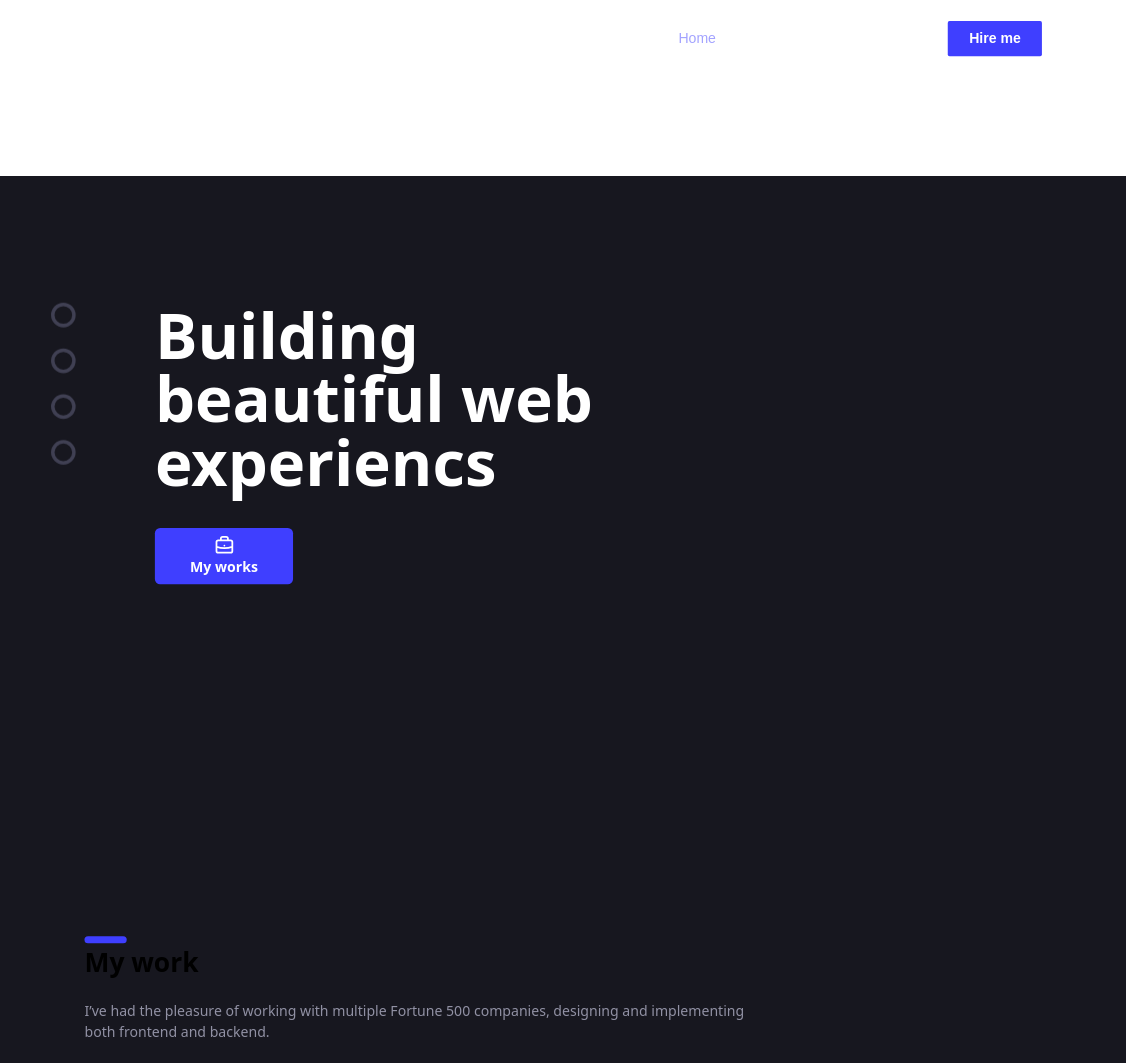
Repository: Alex0715/portfolio
Page: /
An editor plug-in stored every save of this project. The page is shown before and after the next save, followed by the edit.
The browser window is 1280 px wide. The pictures show the part of the page from y = 0 to 1208 px (the page is 2120 px tall), at 88% of full size.
Pictures or frames that could not be fetched are drawn as grey boxes. The project was rebuilt for these pictures with package versions that can differ from the ones it lists, and the page was loaded fresh each time. The framework's server and built-in components were replaced by stand-ins that run in the browser. Also part of the build but not shown: next.config.js.

Above is the page before, as saved 2022-02-03 23:50:54.

### pages/index.js
import Head from 'next/head'
import Banner from './components/Banner'
import Header from './components/header'
import Work from './components/work'




export default function Home() {
  return (
    <div>
      <Header/>
      <body className='bg-body'>
        <Banner/>
        <Work />
      </body>
    </div>

  )
}

### styles/globals.css
@tailwind base;
@tailwind components;
@tailwind utilities;

body{
    scroll-behavior: smooth;
}
.left-50{
    left: 50%;
}
.right-50{
    right: 50%;
}
.top-50{
    top:50%;
}

.-z-1 {
    z-index: -1;
}

.secondary-title {
    @apply text-3xl font-bold;
}

.secondary-title::before {
    content: "";
    @apply block w-12 h-2 bg-theme rounded-full mb-1;
}

.section-paragraph {
    @apply text-secondary my-6 w-full max-w-3xl;
}

.badge {
    @apply px-4 py-2 text-sm rounded bg-badge;
}

[id] {
scroll-margin-top: 100px;
}

.left-percentage {
    left: 5%;
}

.h-screen-partial {
    height: 80vh;
}





.nav-dot:hover span{
    opacity:1;
    transition: background 200ms
}

### pages/components/Banner.js

function Banner() {
  return (<div className="container mt-16 flex justify-between items-center mx-auto text-white px-8 md:px-14 lg:px-24 w-full">
      <div className="flex flex-wrap md:flex-nowrap">
        <nav className="inline-block lg:mr-24 lg:w-4 fixed left-percentage hidden xl:block">
        <div className="absolute left-50 transform -translate-x-1/2 space-y-6 mt-36">
        <a href="#" className="nav-dot selected-circle block w-7 h-7 rounded-full border-4 border-nav bg-body hover:bg-theme">
        <span className="bg-black px-2 py-1 rounded-md ml-10 opacity-0">Home</span></a>

        <a href="#" className="nav-dot selected-circle block w-7 h-7 rounded-full border-4 border-nav bg-body hover:bg-theme">
        <span className="bg-black px-2 py-1 rounded-md ml-10 opacity-0">Works</span></a>

        <a href="#" className="nav-dot selected-circle block w-7 h-7 rounded-full border-4 border-nav bg-body hover:bg-theme">
        <span className="bg-black px-2 py-1 rounded-md ml-10 opacity-0">Clients</span></a>

        <a href="#" className="nav-dot selected-circle block w-7 h-7 rounded-full border-4 border-nav bg-body hover:bg-theme">
        <span className="bg-black px-2 py-1 rounded-md ml-10 opacity-0">Hire!</span></a>

        </div>
        </nav>
        <br/>

        <div className="flex flex-wrap lg:ml-20 justify-center md:justify-start max-w-xl mt-0 md:my-36">
          <h1 className="font-bold text-5xl md:text-6xl lg:text-7xl text-center md:text-left bg-opacity-0">Building <br/> beautiful web experiencs</h1>
          <div className="flex mt-10">
          <a href="#"><button className="bg-theme px-10 py-2 font-bold rounded-md justify-center items-center hover:bg-blue-800">
          <svg xmlns="http://www.w3.org/2000/svg" className="h-6 w-6 m-auto " fill="none" viewBox="0 0 24 24" stroke="currentColor">
  <path strokeLinecap="round" strokeLinejoin="round" strokeWidth={2} d="M21 13.255A23.931 23.931 0 0112 15c-3.183 0-6.22-.62-9-1.745M16 6V4a2 2 0 00-2-2h-4a2 2 0 00-2 2v2m4 6h.01M5 20h14a2 2 0 002-2V8a2 2 0 00-2-2H5a2 2 0 00-2 2v10a2 2 0 002 2z" />
</svg> My works
          </button></a>
          </div>
          </div>

          {/* <img src="\f1.png" alt="Logo" class="w-3/4 mt-12 md:absolute -mt-6 md:mt-0 right-0 -z-1"/> */}
      </div>
      </div>


  )
}

export default Banner;

### pages/components/Header.js

function Header() {
  return (
  <div className="font-poppins pb-12 ">
  <header className="text-white container py-6 flex justify-between items-center mx-auto px-8 md:px-14 lg:px-24 w-full">
      <div className="text-white text-3xl">Chirantan Bose</div>
      <div className="hidden md:flex space-x-12 items-center">
        <a href="#" className="text-selected-text">Home</a>
        <a href="#">My Works</a>
        <a href="#">Clients</a>
        <a href="#"><button className="bg-theme px-6 py-2 font-bold rounded-sm">Hire me</button></a>
      </div>
      <div className="md:hidden text-white">
      <svg xmlns="http://www.w3.org/2000/svg" className="h-7 w-7" viewBox="0 0 20 20" fill="currentColor">
  <path fillRule="evenodd" d="M3 5a1 1 0 011-1h12a1 1 0 110 2H4a1 1 0 01-1-1zM3 10a1 1 0 011-1h12a1 1 0 110 2H4a1 1 0 01-1-1zM9 15a1 1 0 011-1h6a1 1 0 110 2h-6a1 1 0 01-1-1z" clipRule="evenodd" />
</svg>
      </div>
  </header>
  </div>
  )
}

export default Header;

### pages/components/work.js
function Work() {
  return (<div class="container mt-64 flex justify-between items-center mx-auto px-8 md:px-14 lg:px-24 w-full">
  <section class="w-full">
      <h2 id="work" class="secondary-title">My work</h2>
      <p class="section-paragraph">I’ve had the pleasure of working with multiple Fortune 500 companies, designing and implementing both frontend and backend.</p>

      <div class="grid grid-cols-1 md:grid-cols-2 lg:grid-cols-3 gap-6 mt-6">
          <img src="https://images.unsplash.com/photo-1576153192396-180ecef2a715?ixlib=rb-1.2.1&ixid=MnwxMjA3fDB8MHxwaG90by1wYWdlfHx8fGVufDB8fHx8&auto=format&fit=crop&w=1374&q=80" class="w-full bg-nav h-36 lg:h-72 object-cover"/>
          <img src="https://images.unsplash.com/photo-1545235617-9465d2a55698?ixlib=rb-1.2.1&ixid=MnwxMjA3fDB8MHxwaG90by1wYWdlfHx8fGVufDB8fHx8&auto=format&fit=crop&w=880&q=80" class="w-full bg-nav h-36 lg:h-72 object-cover"/>
          <img src="https://images.unsplash.com/photo-1586717791821-3f44a563fa4c?ixid=MnwxMjA3fDB8MHxwaG90by1wYWdlfHx8fGVufDB8fHx8&ixlib=rb-1.2.1&auto=format&fit=crop&w=1470&q=80" class="w-full hidden md:block bg-nav h-36 lg:h-72 object-cover"/>
          <img src="https://images.unsplash.com/photo-1558655146-d09347e92766?ixid=MnwxMjA3fDB8MHxwaG90by1wYWdlfHx8fGVufDB8fHx8&ixlib=rb-1.2.1&auto=format&fit=crop&w=764&q=80" class="w-full hidden md:block bg-nav h-36 lg:h-72 object-cover"/>
          <img src="https://images.unsplash.com/photo-1547119957-637f8679db1e?ixlib=rb-1.2.1&ixid=MnwxMjA3fDB8MHxwaG90by1wYWdlfHx8fGVufDB8fHx8&auto=format&fit=crop&w=764&q=80" class="w-full hidden md:block bg-nav h-36 lg:h-72 object-cover"/>
          <img src="https://images.unsplash.com/photo-1559028012-481c04fa702d?ixid=MnwxMjA3fDB8MHxwaG90by1wYWdlfHx8fGVufDB8fHx8&ixlib=rb-1.2.1&auto=format&fit=crop&w=1336&q=80" class="w-full hidden md:block bg-nav h-36 lg:h-72 object-cover"/>
          <img src="https://images.unsplash.com/photo-1603969072881-b0fc7f3d77d7?ixlib=rb-1.2.1&ixid=MnwxMjA3fDB8MHxwaG90by1wYWdlfHx8fGVufDB8fHx8&auto=format&fit=crop&w=1470&q=80s" class="w-full hidden md:block bg-nav h-36 lg:h-72 object-cover"/>
          <img src="https://images.unsplash.com/photo-1618761714954-0b8cd0026356?ixlib=rb-1.2.1&ixid=MnwxMjA3fDB8MHxwaG90by1wYWdlfHx8fGVufDB8fHx8&auto=format&fit=crop&w=1470&q=80" class="w-full hidden md:block bg-nav h-36 lg:h-72 object-cover"/>
          <img src="https://images.unsplash.com/photo-1545235617-7a424c1a60cc?ixid=MnwxMjA3fDB8MHxwaG90by1wYWdlfHx8fGVufDB8fHx8&ixlib=rb-1.2.1&auto=format&fit=crop&w=880&q=80" class="w-full hidden md:block md:col-span-2 lg:col-span-1 bg-nav h-36 lg:h-72 object-cover"/>
      </div>
  </section>
</div>
)
}

export default Work;

Loaded but not shown: pages/_app.tsx (common file); tailwind.config.js (common file)

After the next save:
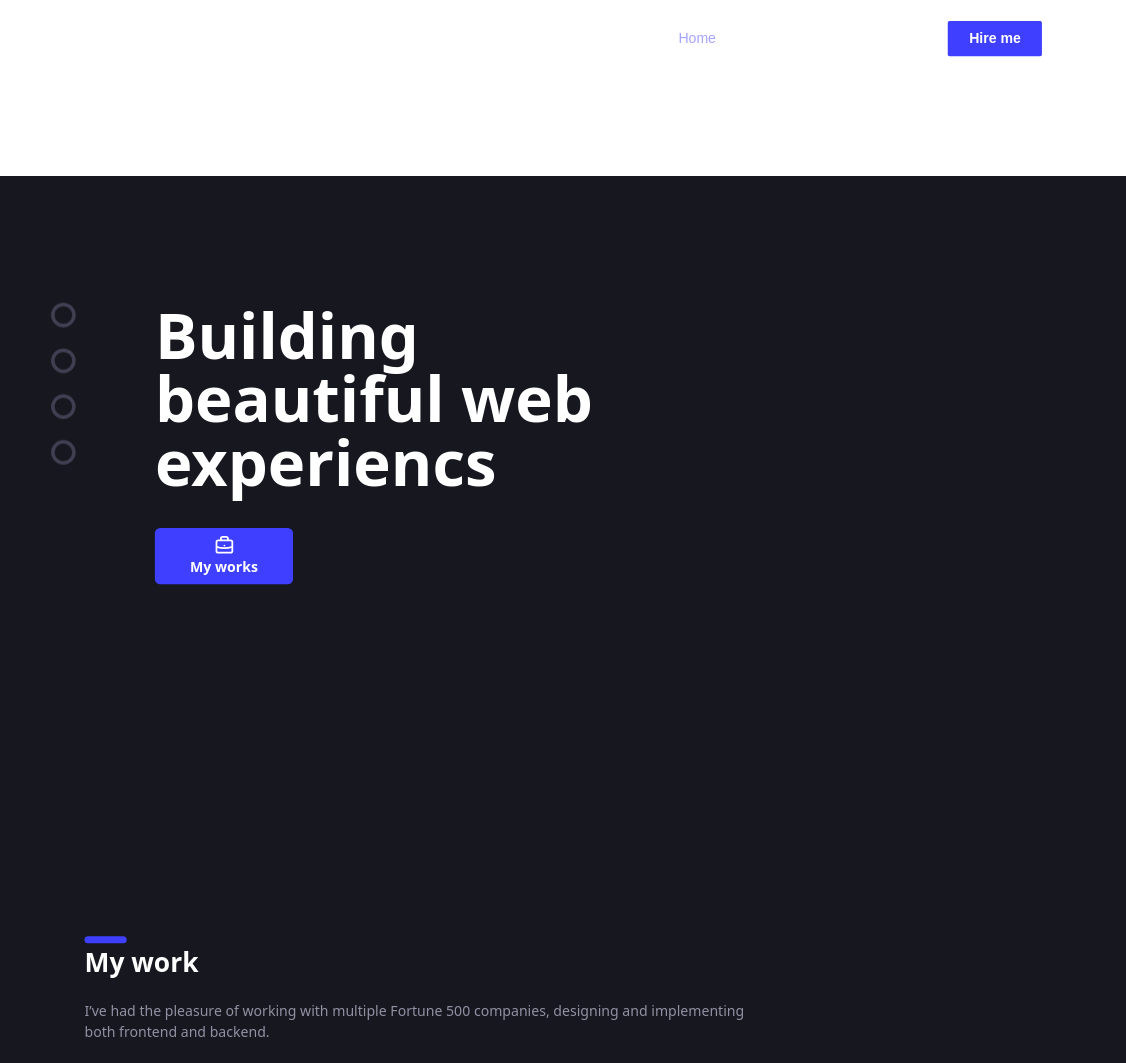
Saved 47 s later.
--- a/pages/components/work.js
+++ b/pages/components/work.js
@@ -1,7 +1,7 @@
 function Work() {
   return (<div class="container mt-64 flex justify-between items-center mx-auto px-8 md:px-14 lg:px-24 w-full">
   <section class="w-full">
-      <h2 id="work" class="secondary-title">My work</h2>
+      <h2 id="work" class="secondary-title text-white">My work</h2>
       <p class="section-paragraph">I’ve had the pleasure of working with multiple Fortune 500 companies, designing and implementing both frontend and backend.</p>
 
       <div class="grid grid-cols-1 md:grid-cols-2 lg:grid-cols-3 gap-6 mt-6">
